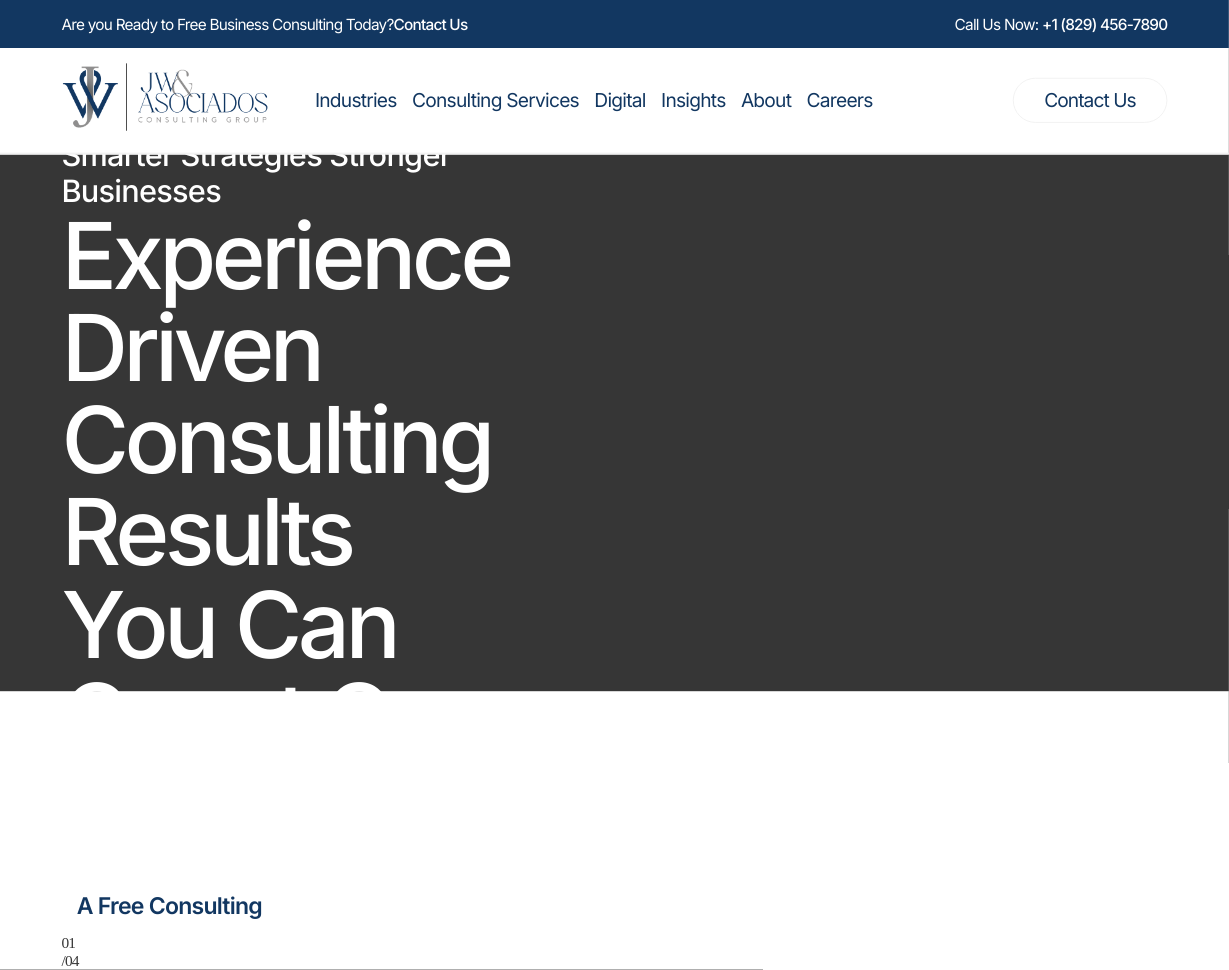
Repository: June-t/jwsyasociados
Page: /
These files come from the project's save history. The page is drawn as it stood at one moment and after the next save; the edit follows.
The browser window is 1280 px wide. The pictures show the whole page, at 96% of full size.
The project was rebuilt for these pictures with package versions that can differ from the ones it lists, and the page was loaded fresh each time. The framework's server and built-in components were replaced by stand-ins that run in the browser. Also part of the build but not shown: next.config.ts.

Above is the page before, as saved 2025-10-22 15:57:44.

After the next save:
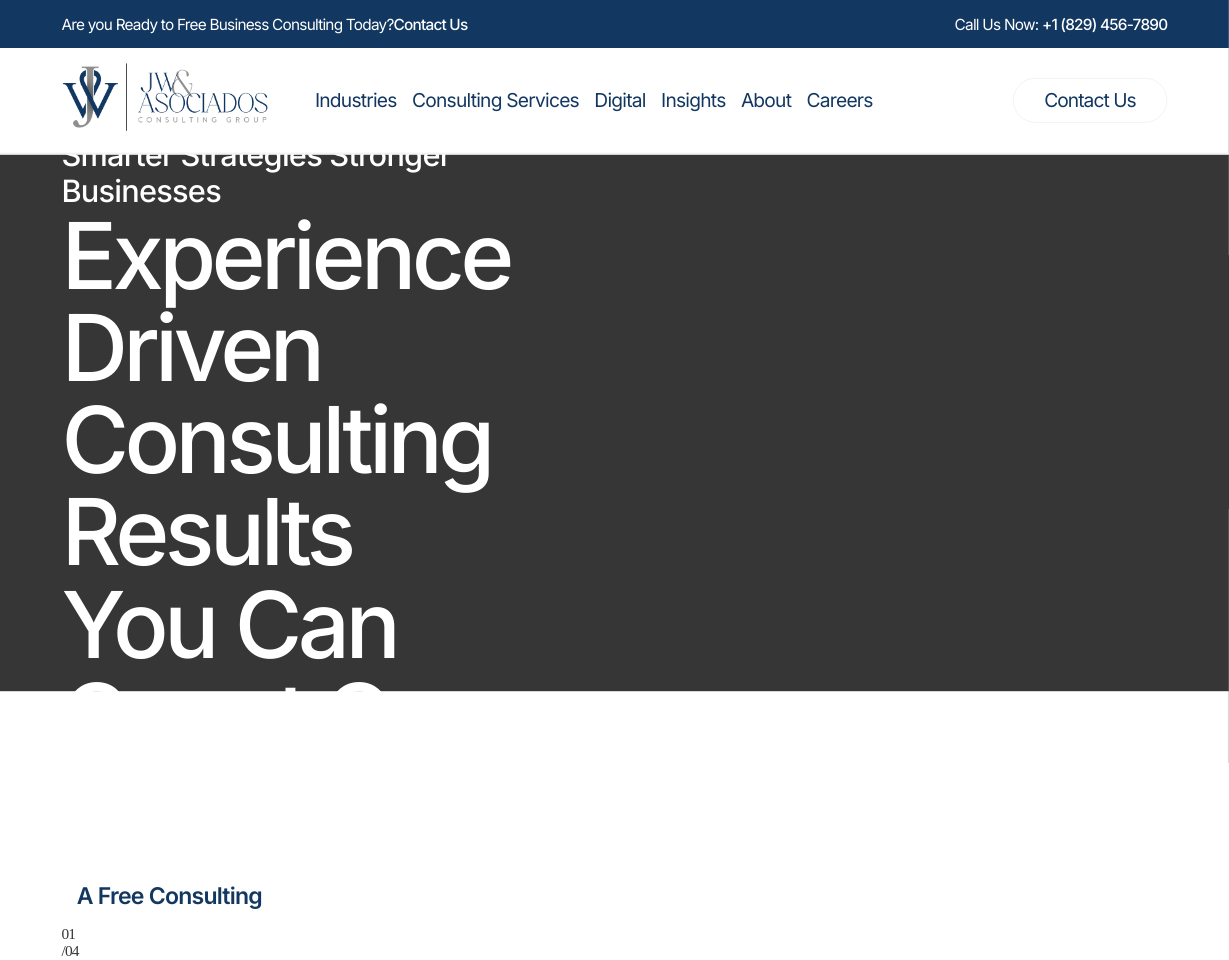
Saved 4 s later.
--- a/src/app/style/pages/_home.css
+++ b/src/app/style/pages/_home.css
@@ -35,8 +35,6 @@
       font-size: var(--f-medium);
       color: var(--white);
       font-weight: var(--w-light);
-      line-height: 30px;
-      letter-spacing: -1px;
     }
 
     a {
